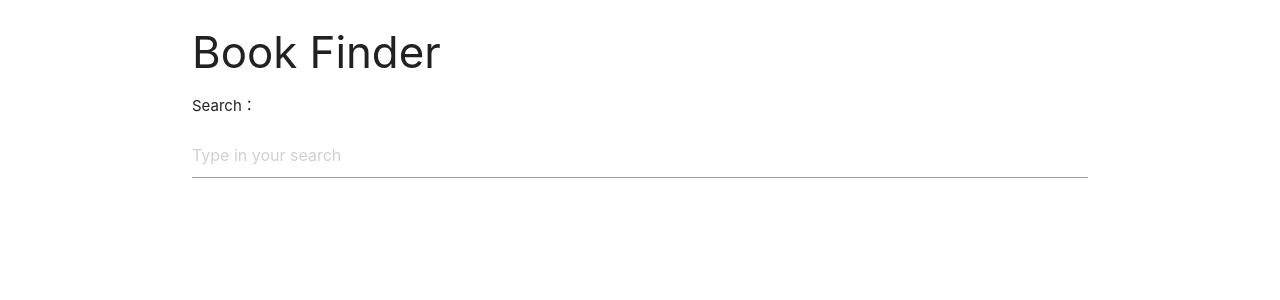
Repository: ayachika/chingu-solo-project
Page: index.html
The author's editor kept a record of every edit. The page is drawn from the files as they stood at one moment, then again after the next edit.
The browser window is 1280 px wide. The pictures show the whole page.
Some web libraries are served in a nearby version.

Above is the page before.

After the next edit:
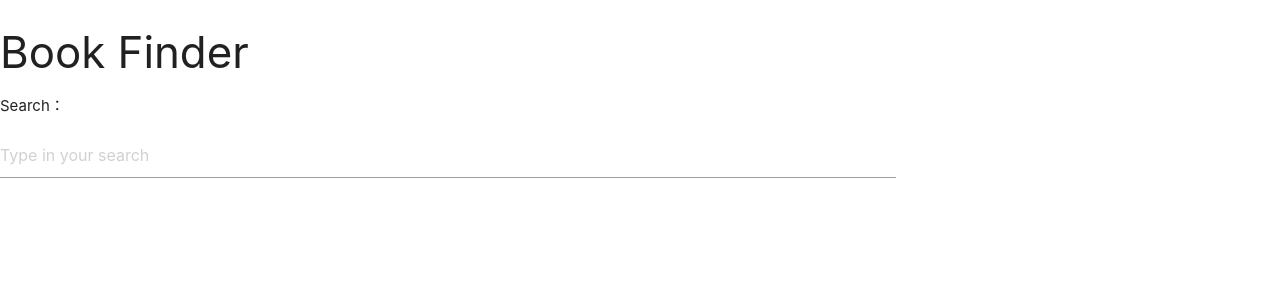
The edit:
--- a/main.css
+++ b/main.css
@@ -16,7 +16,7 @@
 }
 
 .container{
-    position:relative;
+    float:left;
 }
 
 

After the 4 edits that followed:
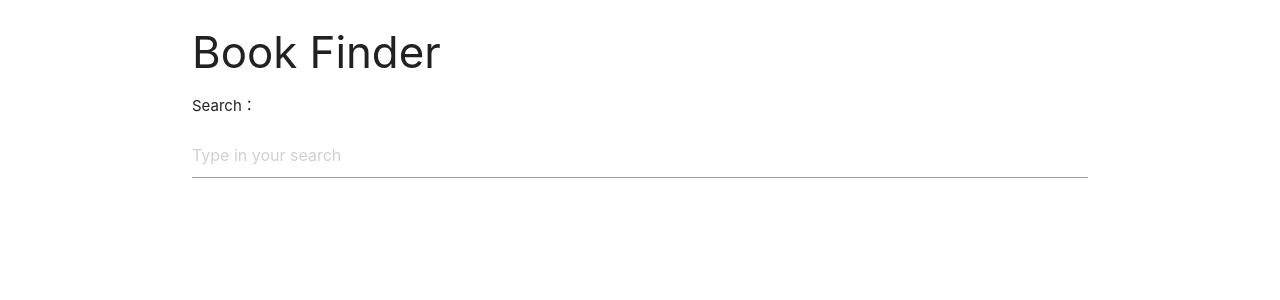
The 4 edits are shown as one change because 3 left the picture as it was.
The edit:
--- a/main.css
+++ b/main.css
@@ -15,32 +15,15 @@
     border-bottom: solid 3px #D3D3D3;
 }
 
-.container{
-    float:left;
+
+
+
+.book_image{
+    width:200px;
+    height:250px;
 }
 
 
-.book_image{
-    position:absolute;
-    padding-top:5px;
-    padding-left:10px;
-    width:200px;
-    height:250px;
-    float:left;
-}
-
-.book_details{
-    position:absolute;
-    top:0;
-    right:0;
-}
-
-.book_button{
-    position:absolute;
-    right:0;
-    bottom:0;
-
-}
 
 
 @media screen and (max-width: 767px){
